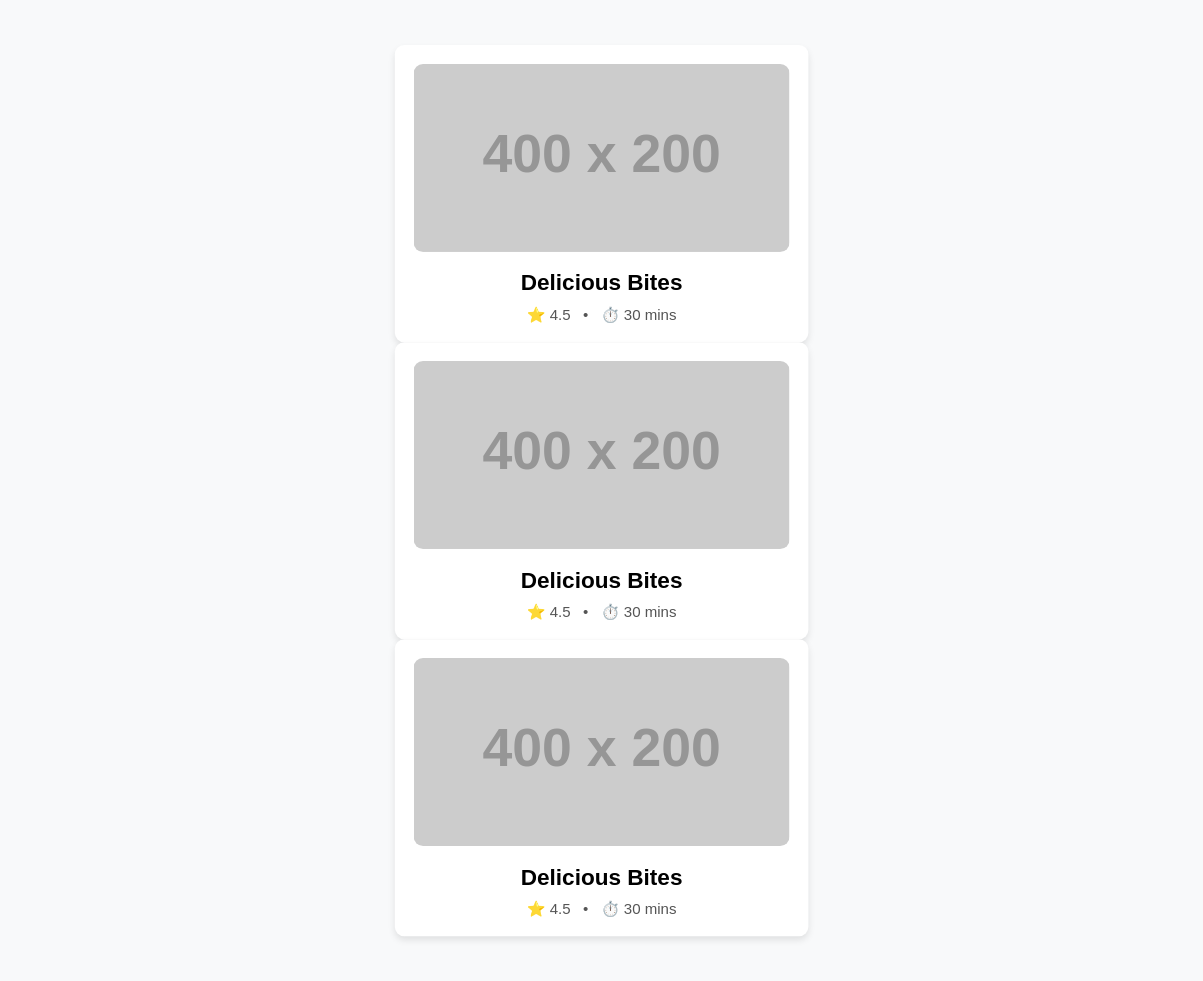
Repository: Rupeswarbhainsa777/Food-Web-App
Page: TapFoodApp/src/main/webapp/resturant.html
These files come from the project's save history. The page is drawn as it stood at one moment and after the next save; the edit follows.
The browser window is 1280 px wide. The pictures show the whole page, at 94% of full size.

Above is the page before, as saved 2025-04-21 03:42:48.

After the next save:
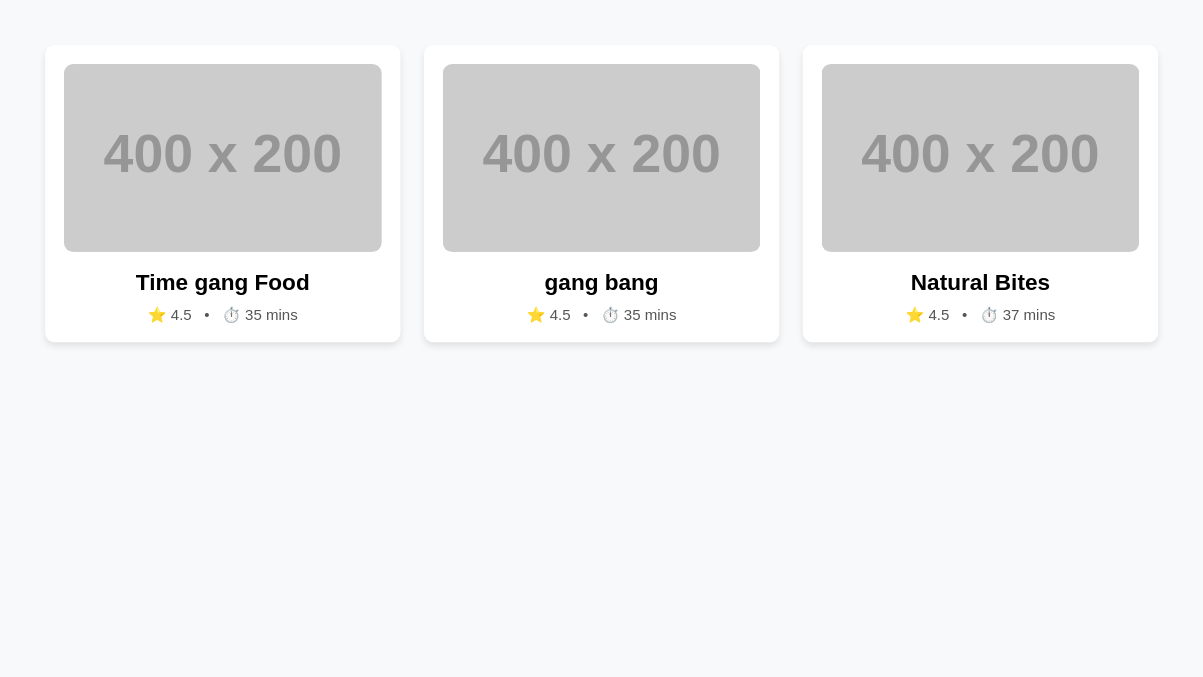
Saved 4 min 15 s later.
--- a/TapFoodApp/src/main/webapp/resturant.html
+++ b/TapFoodApp/src/main/webapp/resturant.html
@@ -34,31 +34,40 @@
       margin-top: 10px;
       font-size: 16px;
     }
+
+.card{
+    display: flex;
+    gap: 25px;
+}
+
   </style>
 </head>
 <body>
 
-  <div class="restaurant-card">
+        <div class ="card">
+         <div class="restaurant-card">
     <img src="https://via.placeholder.com/400x200" alt="Restaurant Image">
-    <div class="restaurant-name">Delicious Bites</div>
+    <div class="restaurant-name">Time gang Food</div>
     <div class="rating-time">
-      ⭐ 4.5 &nbsp; • &nbsp; ⏱️ 30 mins
+      ⭐ 4.5 &nbsp; • &nbsp; ⏱️ 35 mins
     </div>
   </div>
   <div class="restaurant-card">
     <img src="https://via.placeholder.com/400x200" alt="Restaurant Image">
-    <div class="restaurant-name">Delicious Bites</div>
+    <div class="restaurant-name">gang bang</div>
     <div class="rating-time">
-      ⭐ 4.5 &nbsp; • &nbsp; ⏱️ 30 mins
+      ⭐ 4.5 &nbsp; • &nbsp; ⏱️ 35 mins
     </div>
   </div>
   <div class="restaurant-card">
     <img src="https://via.placeholder.com/400x200" alt="Restaurant Image">
-    <div class="restaurant-name">Delicious Bites</div>
+    <div class="restaurant-name">Natural Bites</div>
     <div class="rating-time">
-      ⭐ 4.5 &nbsp; • &nbsp; ⏱️ 30 mins
+      ⭐ 4.5 &nbsp; • &nbsp; ⏱️ 37 mins
     </div>
   </div>
+        </div>
+
 
 </body>
 </html>
